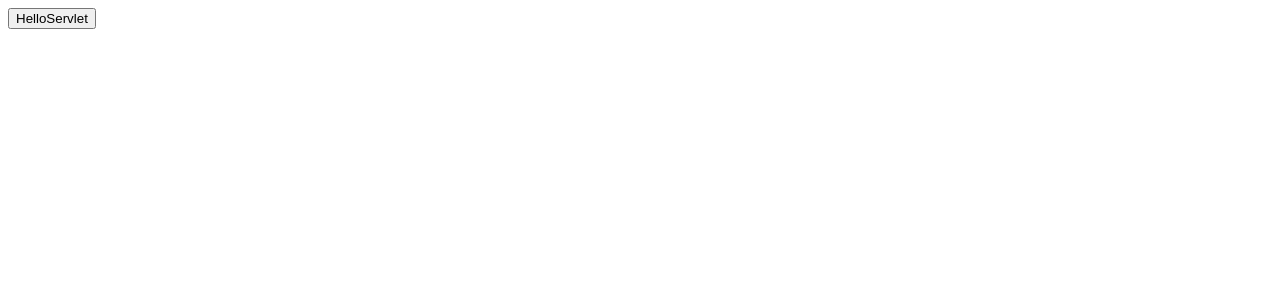
Repository: takahashisho/test
Page: http://localhost/HellpServlet/
An editor plug-in stored every save of this project. The page is shown before and after the next save, followed by the edit.
The browser window is 1280 px wide. The pictures show the whole page.
The page is served by Tomcat 9.

Above is the page before, as saved 2018-03-30 10:05:43.

After the next save:
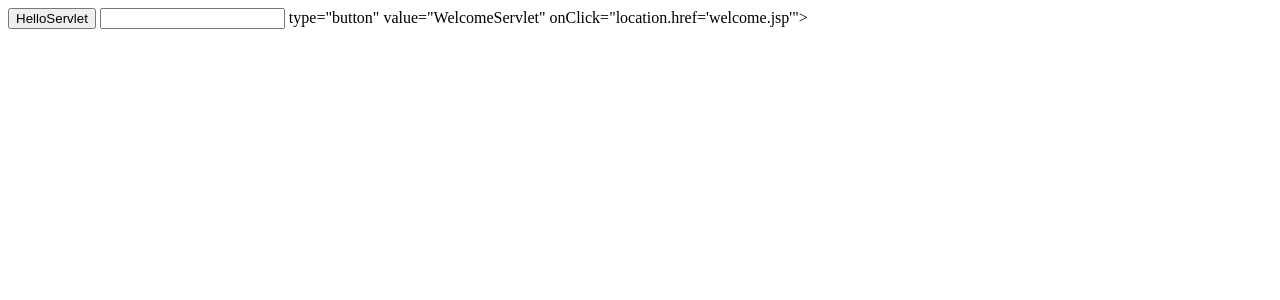
Saved 6 min 32 s later.
--- a/HellpServlet/WebContent/index.jsp
+++ b/HellpServlet/WebContent/index.jsp
@@ -8,5 +8,6 @@
 </head>
 <body>
 <input type="button" value="HelloServlet" onClick="location.href='HelloServlet'">
+<input> type="button" value="WelcomeServlet" onClick="location.href='welcome.jsp'">
 </body>
 </html>
